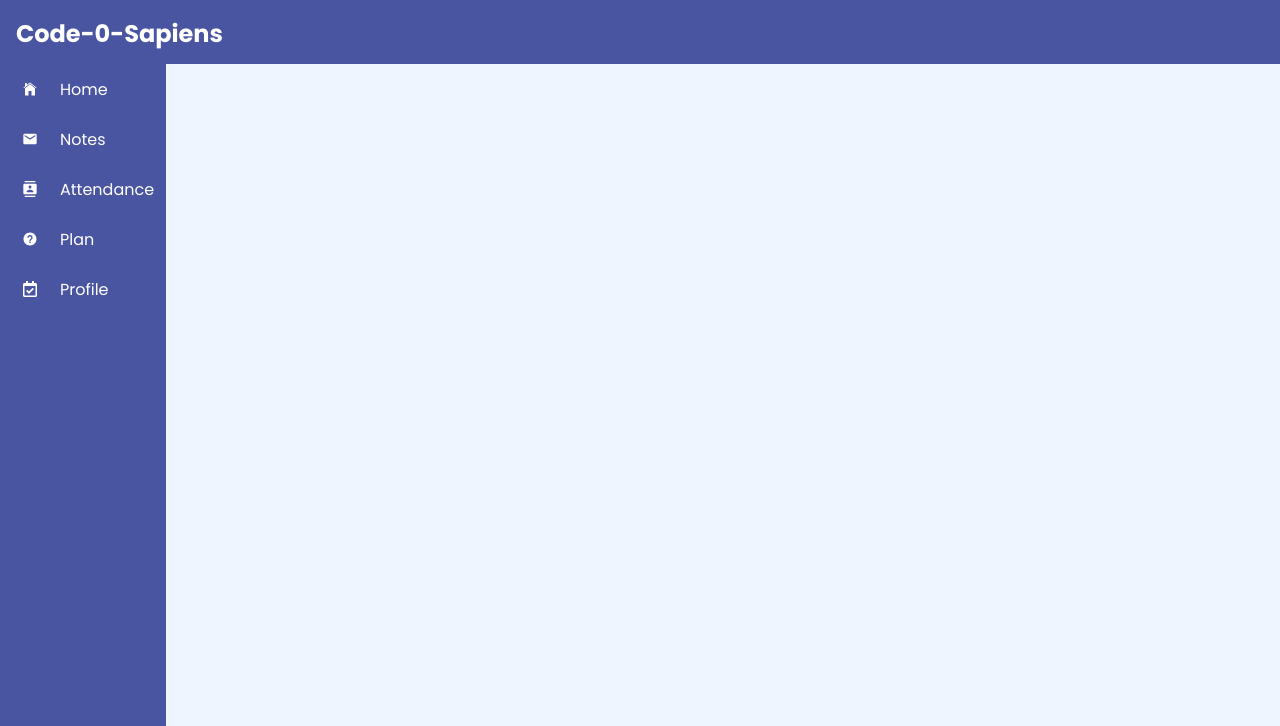
Repository: sinchana-P/code-0-sapiens
Page: /register (app in client/)
An editor plug-in stored every save of this project. The page is shown before and after a run of saves, followed by the edit.
The browser window is 1280 px wide. The pictures show the whole page.
The project was rebuilt for these pictures with package versions that can differ from the ones it lists, and the page was loaded fresh each time. Also part of the build but not shown: client/src/components/auth/login/FormLayoutLogin.jsx, client/src/components/auth/login/Login.css, client/src/components/auth/login/Login.jsx, client/src/components/homeScene/Home.jsx, client/src/components/notes/Notes.jsx, client/src/components/plans/Plans.jsx, client/src/components/attendance/Attendance.css, client/src/components/attendance/Attendance.jsx and 1 more.

Above is the page before, as saved 2024-03-01 01:37:24.

### client/public/index.html
<!DOCTYPE html>
<html lang="en">
  <head>
    <meta charset="utf-8" />
    <link rel="icon" href="%PUBLIC_URL%/favicon.ico" />
    <meta name="viewport" content="width=device-width, initial-scale=1" />
    <meta name="theme-color" content="#000000" />
    <meta
      name="description"
      content="Web site created using create-react-app"
    />
    <link rel="apple-touch-icon" href="%PUBLIC_URL%/logo192.png" />
    <!--
      manifest.json provides metadata used when your web app is installed on a
      user's mobile device or desktop. See https://developers.google.com/web/fundamentals/web-app-manifest/
    -->
    <link rel="manifest" href="%PUBLIC_URL%/manifest.json" />
    <!--
      Notice the use of %PUBLIC_URL% in the tags above.
      It will be replaced with the URL of the `public` folder during the build.
      Only files inside the `public` folder can be referenced from the HTML.

      Unlike "/favicon.ico" or "favicon.ico", "%PUBLIC_URL%/favicon.ico" will
      work correctly both with client-side routing and a non-root public URL.
      Learn how to configure a non-root public URL by running `npm run build`.
    -->
    <link rel="preconnect" href="https://fonts.googleapis.com">
<link rel="preconnect" href="https://fonts.gstatic.com" crossorigin>
<link href="https://fonts.googleapis.com/css2?family=Poppins:ital,wght@0,100;0,200;0,300;0,400;0,500;0,600;0,700;0,800;0,900;1,100;1,200;1,300;1,400;1,500;1,600;1,700;1,800;1,900&display=swap" rel="stylesheet">
    <title>Code-0-Sapiens</title>
  </head>
  <body>
    <noscript>You need to enable JavaScript to run this app.</noscript>
    <div id="root"></div>
    <!--
      This HTML file is a template.
      If you open it directly in the browser, you will see an empty page.

      You can add webfonts, meta tags, or analytics to this file.
      The build step will place the bundled scripts into the <body> tag.

      To begin the development, run `npm start` or `yarn start`.
      To create a production bundle, use `npm run build` or `yarn build`.
    -->
  </body>
</html>

### client/src/index.js
import React from 'react';
import ReactDOM from 'react-dom/client';
import './index.css';
import App from './App';
import reportWebVitals from './reportWebVitals';
import { BrowserRouter } from 'react-router-dom'

const root = ReactDOM.createRoot(document.getElementById('root'));
root.render(
  <BrowserRouter>
    <React.StrictMode>
      <App />
    </React.StrictMode>
  </BrowserRouter>,
);

// If you want to start measuring performance in your app, pass a function
// to log results (for example: reportWebVitals(console.log))
// or send to an analytics endpoint. Learn more: https://bit.ly/CRA-vitals
reportWebVitals();

### client/src/App.jsx

import './App.css';
import { Routes, Route } from 'react-router-dom'
import Login from './components/auth/login/Login'
import Register from './components/auth/register/Register';
import Topbar from './components/global/topbar/Topbar';
import Sidebar from './components/global/sidebar/Sidebar';
import Home from './components/homeScene/Home';
import Notes from './components/notes/Notes';
import Plans from './components/plans/Plans';
import Attendance from './components/attendance/Attendance';
import Profile from './components/profile/Profile';

function App() {
  return (
    <div className="App">
      <div className='app-container'>
        <Topbar />

        <div className='main-content'>
          <div className='left-content-container'>
          <Sidebar />
          </div>
          <div className='right-content-container'>
            <Routes>
              <Route path='/login' element={ <Login/> } />
              <Route path='/register' element={ <Register/> } />
              <Route path='/home' element={ <Home/> } />
              <Route path='/notes' element={ <Notes/> } />
              <Route path='/attendance' element={ <Attendance/> } />
              <Route path='/plans' element={ <Plans/> } />
              <Route path='/profile' element={ <Profile/> } />

            </Routes>
          </div>
        </div>
      </div>

    </div>
  );
}

export default App;

### client/src/App.css
@import url('https://fonts.googleapis.com/css2?family=Poppins:ital,wght@0,100;0,200;0,300;0,400;0,500;0,600;0,700;0,800;0,900;1,100;1,200;1,300;1,400;1,500;1,600;1,700;1,800;1,900&display=swap');

* {
  font-family: "Poppins", sans-serif;
}

/* --- */
.full-width-container {
  width: 100%;
  display: flex;
  justify-content: center;
  align-items: center;
}
/* --- */

.right-content-container {
  background-color: #EEF5FF;
  display: flex;
  align-items: start;
  justify-content: center;
}


.app-container {
  display: flex;
  flex-direction: column;
}

.main-content {
  display: flex;
  flex-direction: row;
}

.left-content-container {
  width: 13vw;
}

.right-content-container {
  width: 87vw;

}

### client/src/components/auth/register/Register.jsx
import React from 'react'
import FormLayoutRegister from './FormLayoutRegister'

const Register = () => {
  return (
    <div>
        <FormLayoutRegister />
    </div>
  )
}

export default Register

### client/src/components/global/topbar/Topbar.jsx
import React from 'react'
import './Topbar.css'

const Topbar = () => {
  return (
    <div className='topbar-container' style={{color: 'white'}}>
        <h2>Code-0-Sapiens</h2>
    </div>
  )
}

export default Topbar

### client/src/components/global/sidebar/Sidebar.jsx
import './Sidebar.css'
import { SidebarData } from './SidebarData';
import { Link, NavLink } from 'react-router-dom';


const Sidebar=()=> {
  return (
    <div className='sidebar'>
       <ul className='sidebarList'>
        {
        SidebarData.map((value,key)=>{
            return (
              <NavLink to={value.route} key={key} className='row' >
                <div id='icon'>{value.icon}</div>
                <div id='title'>{value.title}</div>
              </NavLink>
            )
        })
        }
       </ul>
    </div>
  )
}

export default Sidebar

### client/src/components/auth/register/FormLayoutRegister.jsx
import React from 'react';
import { Button, Form, Input,Dropdown, InputNumber, Select} from 'antd';
import { Link } from 'react-router-dom';
import { useRegisterMutation, useLoginMutation} from '../../../api/apiSlice'

const items = [
  {
    label: 'Teacher',
    key: '1',
  },
  {
    label: 'Student',
    key: '2',
  },
]

const onFinish = (values) => {
  console.log('Success:', values);
};

const onFinishFailed = (errorInfo) => {
  console.log('Failed:', errorInfo);
};



const FormLayoutRegister = () => {

  // return ()
  <Form
    name="basic"
    labelCol={{ span: 8 }}
    wrapperCol={{ span: 16 }}
    style={{ maxWidth: 600 }}
    initialValues={{ remember: true }}
    onFinish={onFinish}
    onFinishFailed={onFinishFailed}
    autoComplete="off"
  >
    <Form.Item
      label="Username"
      name="lastname"
      rules={[{ required: true, message: "Please input your lastname!" }]}
    >
      <Input placeholder="username" />
    </Form.Item>
    <Form.Item
      label="Email"
      name="email"
      rules={[{ required: true, message: "Please input your lastname!" }]}
    >
      <Input placeholder="Email address" />
    </Form.Item>

    <Form.Item
      label="Role"
      name="Role"
      rules={[
        {
          required: true,
          message: "Please input!",
        },
      ]}
    >
      <Select placeholder="Role">
        <Select.Option value="demo">Teacher</Select.Option>
        <Select.Option value="demo">Student</Select.Option>
      </Select>
    </Form.Item>

    <Form.Item label="Phone number" name="number">
      <Input placeholder="Phone number" />
    </Form.Item>

    <Form.Item
      label="Password"
      name="password"
      rules={[{ required: true, message: "Please input your password!" }]}
    >
      <Input.Password placeholder="Password" />
    </Form.Item>

    <Form.Item
      label="confirmPassword"
      name="password"
      rules={[{ required: true, message: "Please input your password!" }]}
    >
      <Input.Password placeholder="Confirm Password" />
    </Form.Item>

    <Form.Item wrapperCol={{ offset: 8, span: 16 }}>
      <Button type="primary" htmlType="submit">
        Create Account
      </Button>
      <br />
      <p>
        Already Registered? <Link to="/">Login</Link>
      </p>
    </Form.Item>
  </Form>
};

export default FormLayoutRegister;

### client/src/components/global/topbar/Topbar.css
.topbar-container {
    background-color: #4A55A2;
    width: 100vw;
    height: 4rem;
}

### client/src/components/global/sidebar/Sidebar.css
*{
    margin: 0;
    padding: 0;
  }
  .App{
    width: 100vw;
    height: 100vh;
    display: flex;
  }

  .sidebar{
    height: 92vh;
    width: 200px;
    background-color: #4A55A2;
  }

  .sidebarList{
    height: auto;
    width: 100%;
    padding: 0;
  }

  .sidebarList .row{
    width: 100%;
    height: 50px;
    list-style-type: none;
    margin: 0;
    display: flex;
    flex-direction: row;
    color: white;
    justify-content: center;
    align-items: center;
    text-decoration: none;
  }

  .sidebarList .row:hover{
    cursor: pointer;
    background-color: #EEF5FF;
    color: black;

  }

  .row #icon{
    flex: 30%;
    display: grid;
    place-items: center;
  }

  .row #title{
    flex: 70%;
  }

  .row .active {
    background-color: #EEF5FF;
    color: black;
  }

### client/src/components/global/sidebar/SidebarData.js
import { IoIosHome,IoMdHelpCircle } from "react-icons/io";
import { MdEmail,MdContacts } from "react-icons/md";
import { FaRegCalendarCheck } from "react-icons/fa";


export const SidebarData=[
       {
              title:"Home",
              icon:<IoIosHome />,
              route:"/"
       },
       {
              title:"Notes",
              icon:<MdEmail />,
              route:"/notes"
       },
       {
              title:"Attendance",
              icon:<MdContacts />,
              route:"/attendance"
       },
       {
              title:"Plan",
              icon:<IoMdHelpCircle />,
              route:"/plans"
       },
       {
              title:"Profile",
              icon:<FaRegCalendarCheck />,
              route:"/profile"
       },
]

### client/src/components/notes/Notes.css
h2 {
    text-align: center;
    padding: 2rem 0;
}

.notes-form-container {
    padding: 1rem 0;
}

.notes-upload-main {
    display: flex;
    flex-direction: row;
}


.notes-upload-container {
    display: flex;
    flex-direction: column;
}

.notes-pdf, .notes-link {
    display: flex;
    flex-direction: row;
    padding: 0.5rem 0;
}

.notes-upload-container {
    padding: 0rem 1rem;
}

p{
    font-weight: bold;
}

### client/src/components/plans/Plans.css
.plans-main{
    width: 80vw;
    /* max-height: 90vh; */

}

.module-chapters-checkbox {
    display: flex;
    flex-direction: column;
    justify-content: start;
}

h2{
    text-align: start;
    padding: 1rem;
}

### client/src/api/apiSlice.js
import {createApi,fetchBaseQuery} from '@reduxjs/toolkit/query/react'


export const apiSlice = createApi({
       reducerPath:"api",
       baseQuery:fetchBaseQuery({baseUrl:"http://localhost:3500"}),
       tagTypes:['auth', 'student'],
       endpoints:(builder)=>({
        register: builder.mutation({
            query: (data) => ({
                url: '/register',
                method: "POST",
                body: data
            }),
            invalidatesTags:['auth']
        }),
        login: builder.mutation({
            query: (data) => ({
                url: '/login',
                method: "POST",
                body: data
            }),
            invalidatesTags:['auth']
        }),
            //   getTodos:builder.query({
            //          query:()=>'/auth',
            //          transformResponse: (res: Todo[]) =>  {
            //                 // Ensure res is an array before sorting
            //                 console.log(res);

            //                 if (Array.isArray(res)) {
            //                     return res.sort((a, b) => b.id - a.id);
            //                 } else {
            //                     return res;
            //                 }
            //             },

            //          providesTags:['todos']
            //   }),
            //   addTodo:builder.mutation({
            //          query:(todo)=>({
            //                 url:'/todos',
            //                 method:"POST",
            //                 body:todo
            //          }),
            //          invalidatesTags:['todos']
            //   }),
            //   updateTodo:builder.mutation({
            //          query:(todo)=>({
            //                 url:/todos/${todo.id},
            //                 method:'PATCH',
            //                 body:todo
            //          }),
            //          invalidatesTags:['todos']
            //   }),
            //   deleteTodo:builder.mutation({
            //          query:(id)=>({

            //                 url:/todos/${id},
            //                 method:'DELETE',
            //                 body:id
            //          }),
            //          invalidatesTags:['todos']
            //   })

       })
})

export const { useRegisterMutation,useLoginMutation } = apiSlice

Loaded but not shown: client/src/index.css (common file); client/src/reportWebVitals.js (common file)

After the next 2 saves:
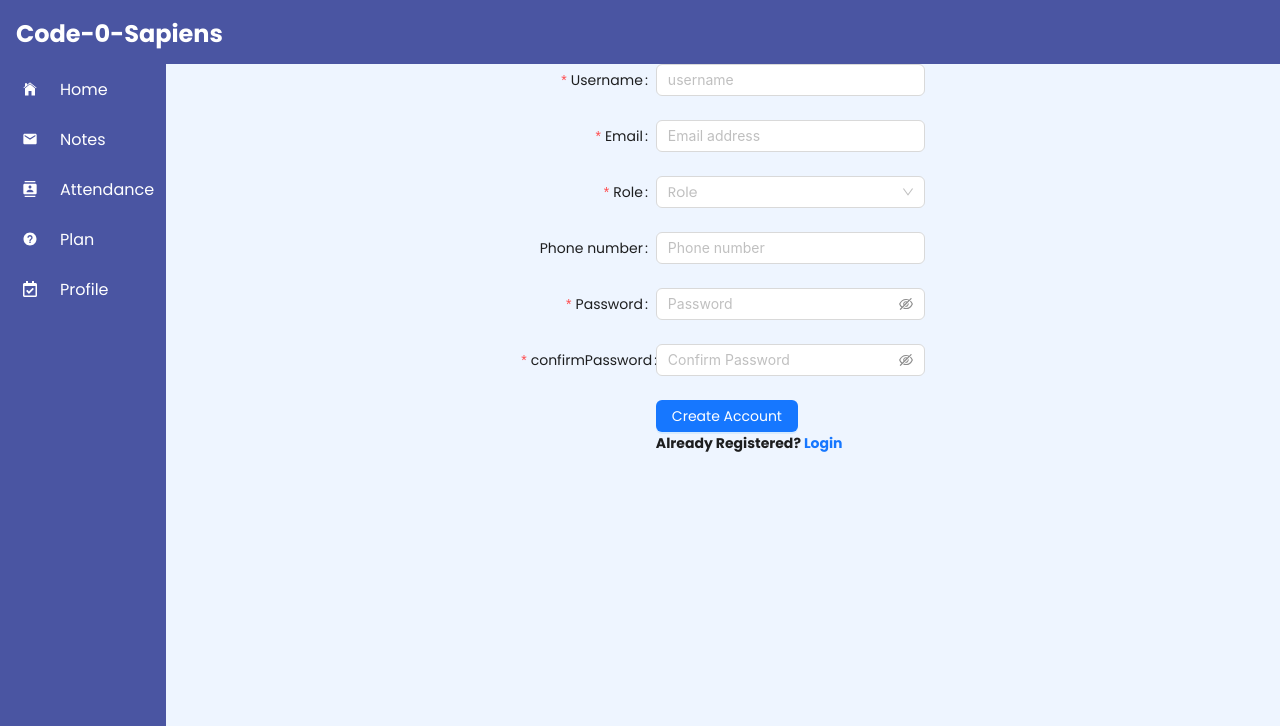
The 2 saves are shown as one change because they came seconds apart.
The last was saved 9 s later.
--- a/client/src/components/auth/register/FormLayoutRegister.jsx
+++ b/client/src/components/auth/register/FormLayoutRegister.jsx
@@ -26,8 +26,7 @@ const onFinishFailed = (errorInfo) => {
 
 const FormLayoutRegister = () => {
 
-  // return ()
-  <Form
+  return (<Form
     name="basic"
     labelCol={{ span: 8 }}
     wrapperCol={{ span: 16 }}
@@ -98,6 +97,8 @@ const FormLayoutRegister = () => {
       </p>
     </Form.Item>
   </Form>
+  )
+
 };
 
 export default FormLayoutRegister;
